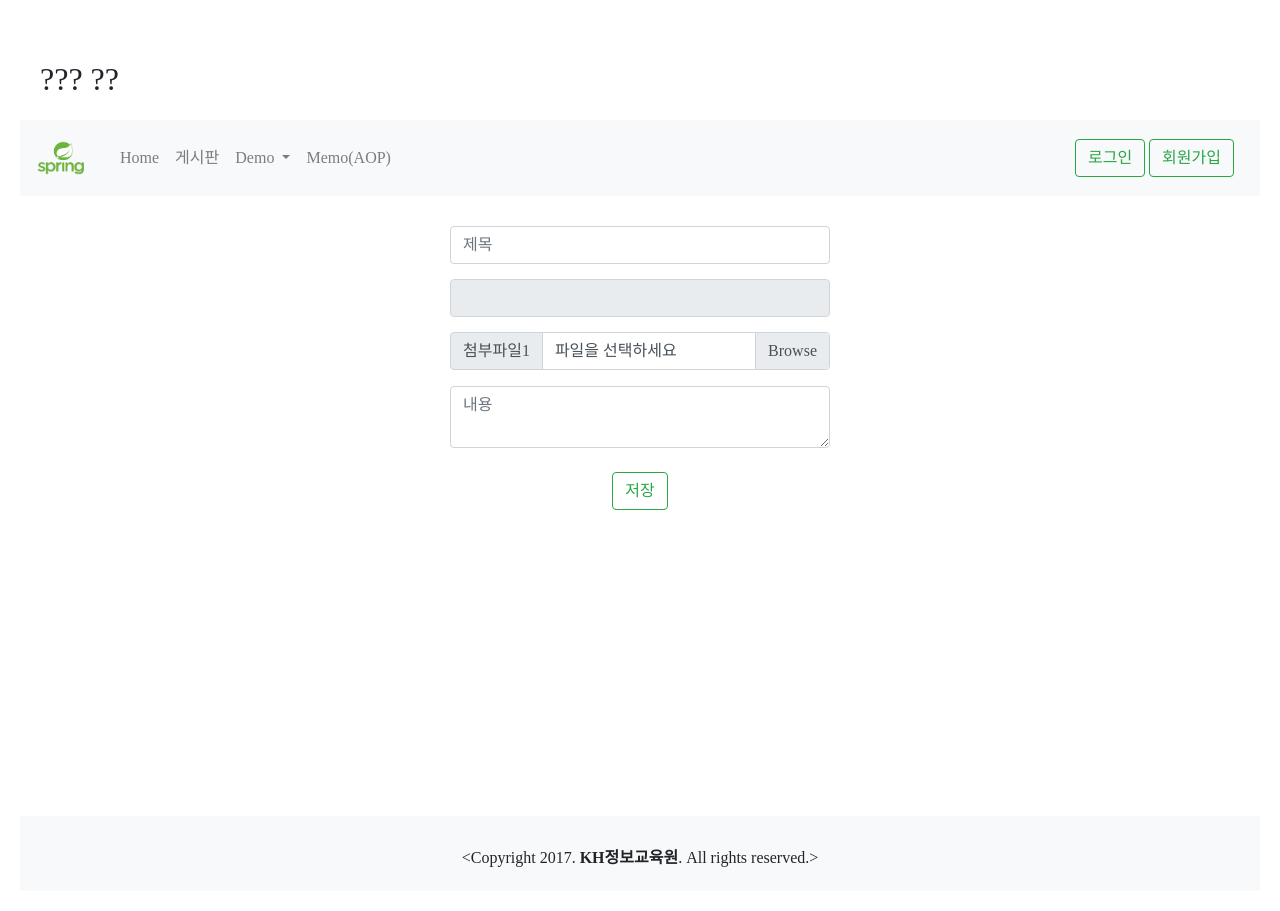
Repository: jsungl/SPRING-WORKSPACE
Page: http://localhost/hello-spring/WEB-INF/views/board/boardForm.jsp
The author's editor kept a copy of each file at every save. The page is drawn from the files as they stood at one save, then again after the next save.
The browser window is 1280 px wide. The pictures show the whole page.
The page is served by Tomcat 9. Nobody is signed in. The template is opened directly, without the code that normally fills it, so the values that code supplies are empty.

Above is the page before, as saved 2021-05-25 11:28:02.

After the next save:
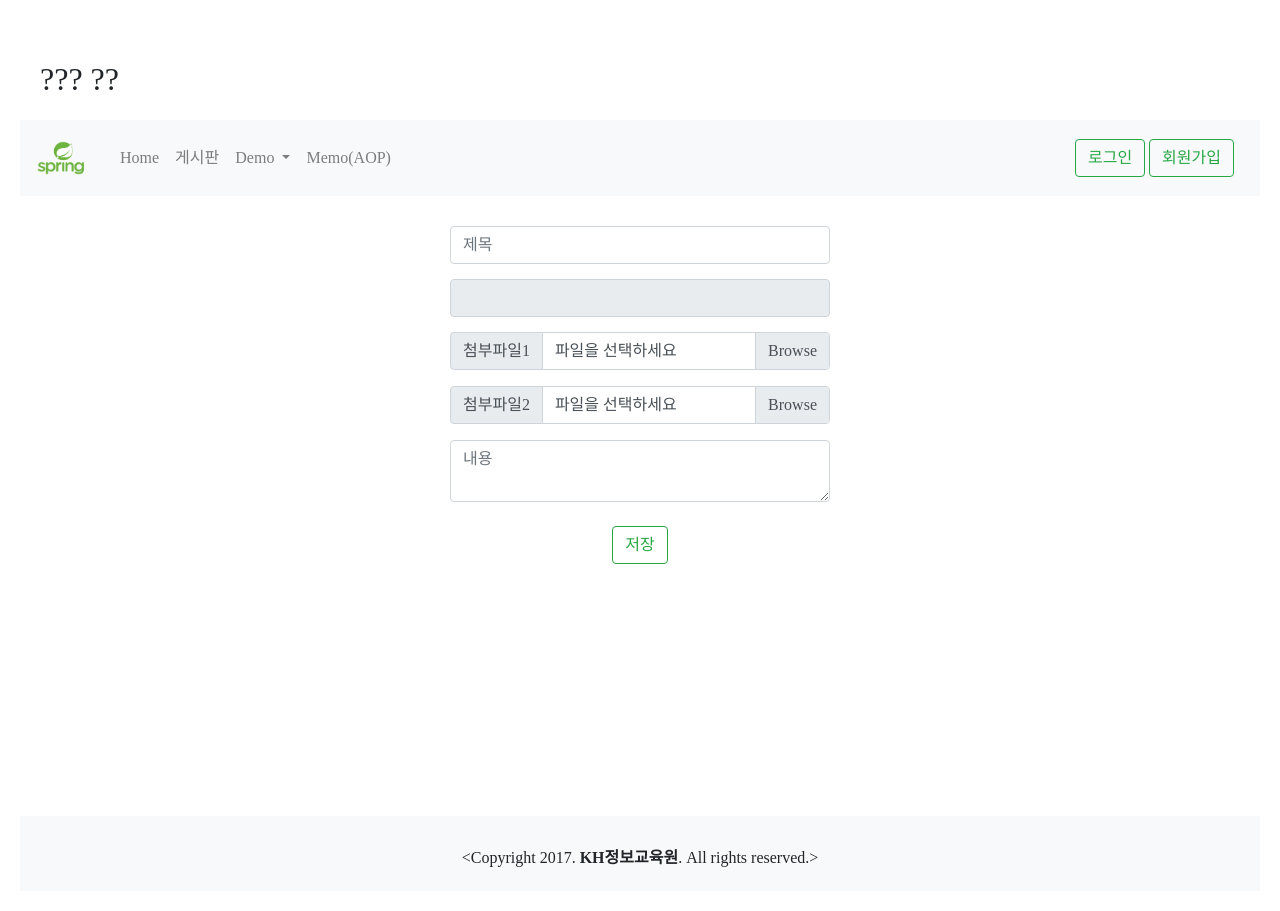
Saved 4 min 36 s later.
--- a/hello-spring/src/main/webapp/WEB-INF/views/board/boardForm.jsp
+++ b/hello-spring/src/main/webapp/WEB-INF/views/board/boardForm.jsp
@@ -52,6 +52,15 @@ $(() => {
 		    <label class="custom-file-label" for="upFile1">파일을 선택하세요</label>
 		  </div>
 		</div>
+		<div class="input-group mb-3" style="padding:0px;">
+		  <div class="input-group-prepend" style="padding:0px;">
+		    <span class="input-group-text">첨부파일2</span>
+		  </div>
+		  <div class="custom-file">
+		    <input type="file" class="custom-file-input" name="upFile" id="upFile2" >
+		    <label class="custom-file-label" for="upFile2">파일을 선택하세요</label>
+		  </div>
+		</div>
 
 	    <textarea class="form-control" name="content" placeholder="내용" required></textarea>
 		<br />
